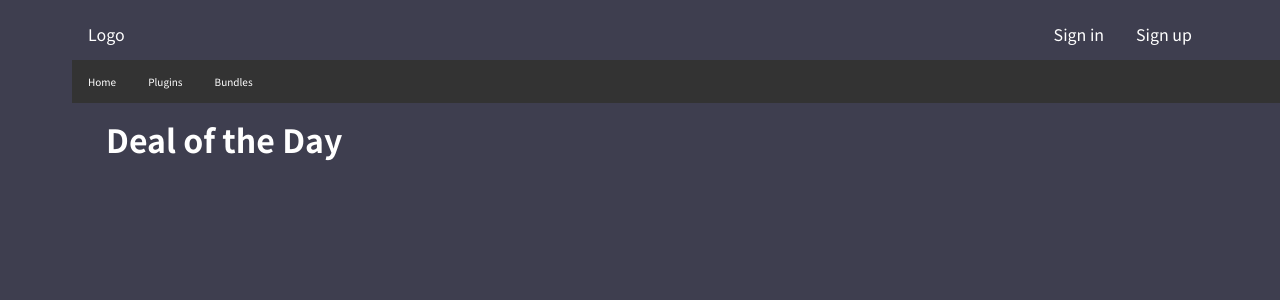
Repository: jigom11791/Wavez
Page: Wavez/Waves-Site/index.html
These files come from the project's save history. The page is drawn as it stood at one moment and after the next save; the edit follows.
The browser window is 1280 px wide. The pictures show the whole page.

Above is the page before, as saved 2020-10-30 18:18:44.

After the next save:
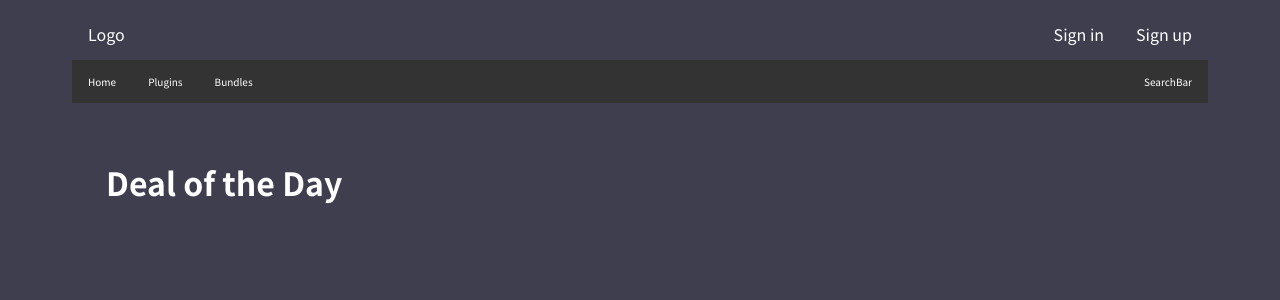
Saved 44 s later.
--- a/Wavez/Waves-Site/style.css
+++ b/Wavez/Waves-Site/style.css
@@ -18,7 +18,6 @@ ul.topnav, ul.header{
 ul.topnav {
     background-color: #333;
     font-size: 10px;
-    position: fixed;
 }
 ul.topnav li, ul.header li{
     float: left;
